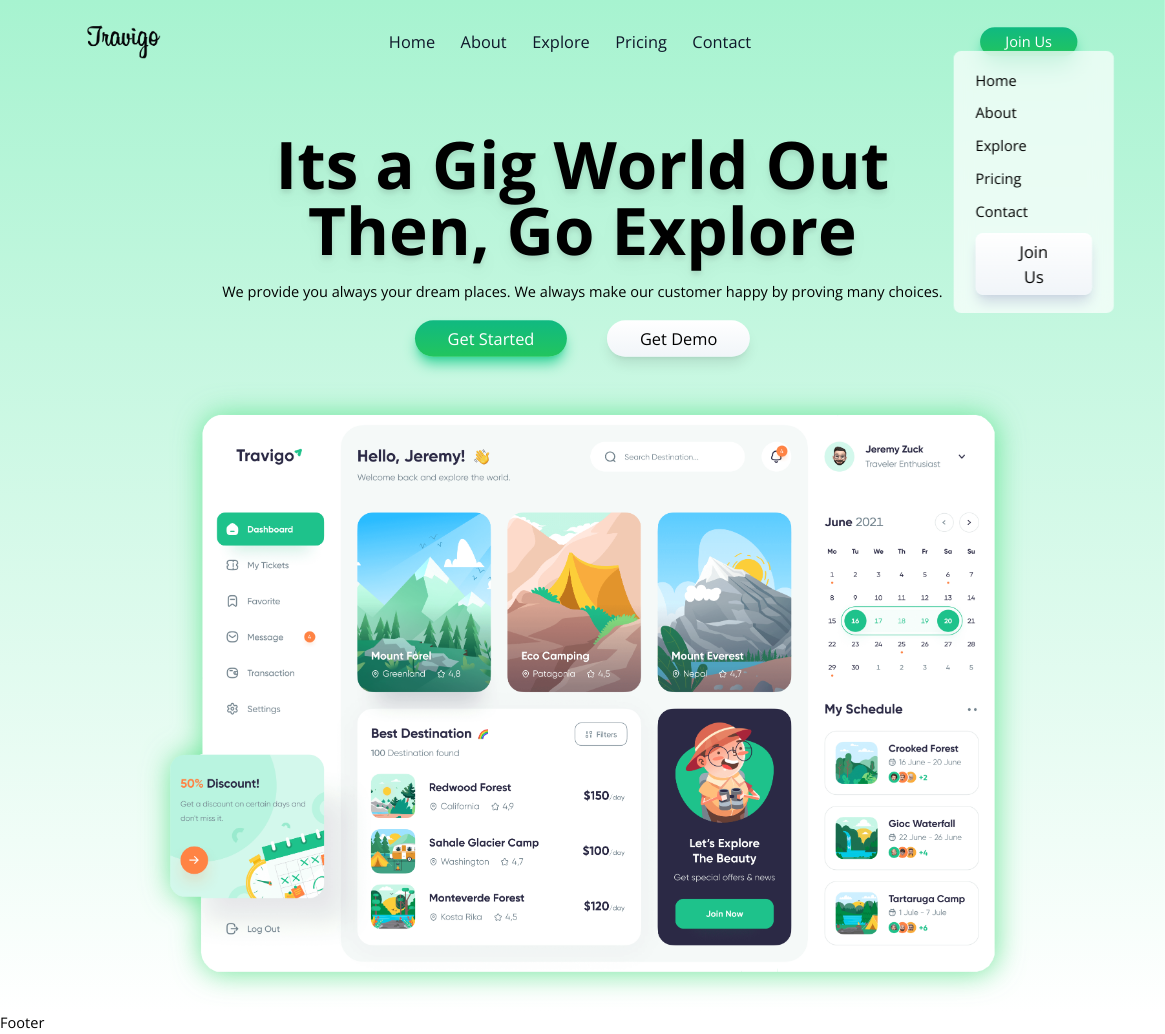
Repository: ThiAlbani83/travigo-travel-app
Page: /
An editor plug-in stored every save of this project. The page is shown before and after the next save, followed by the edit.
The browser window is 1280 px wide. The pictures show the whole page, at 91% of full size.
The project was rebuilt for these pictures with package versions that can differ from the ones it lists, and the page was loaded fresh each time. Also part of the build but not shown: vite.config.js.

Above is the page before, as saved 2023-03-21 00:00:32.

After the next save:
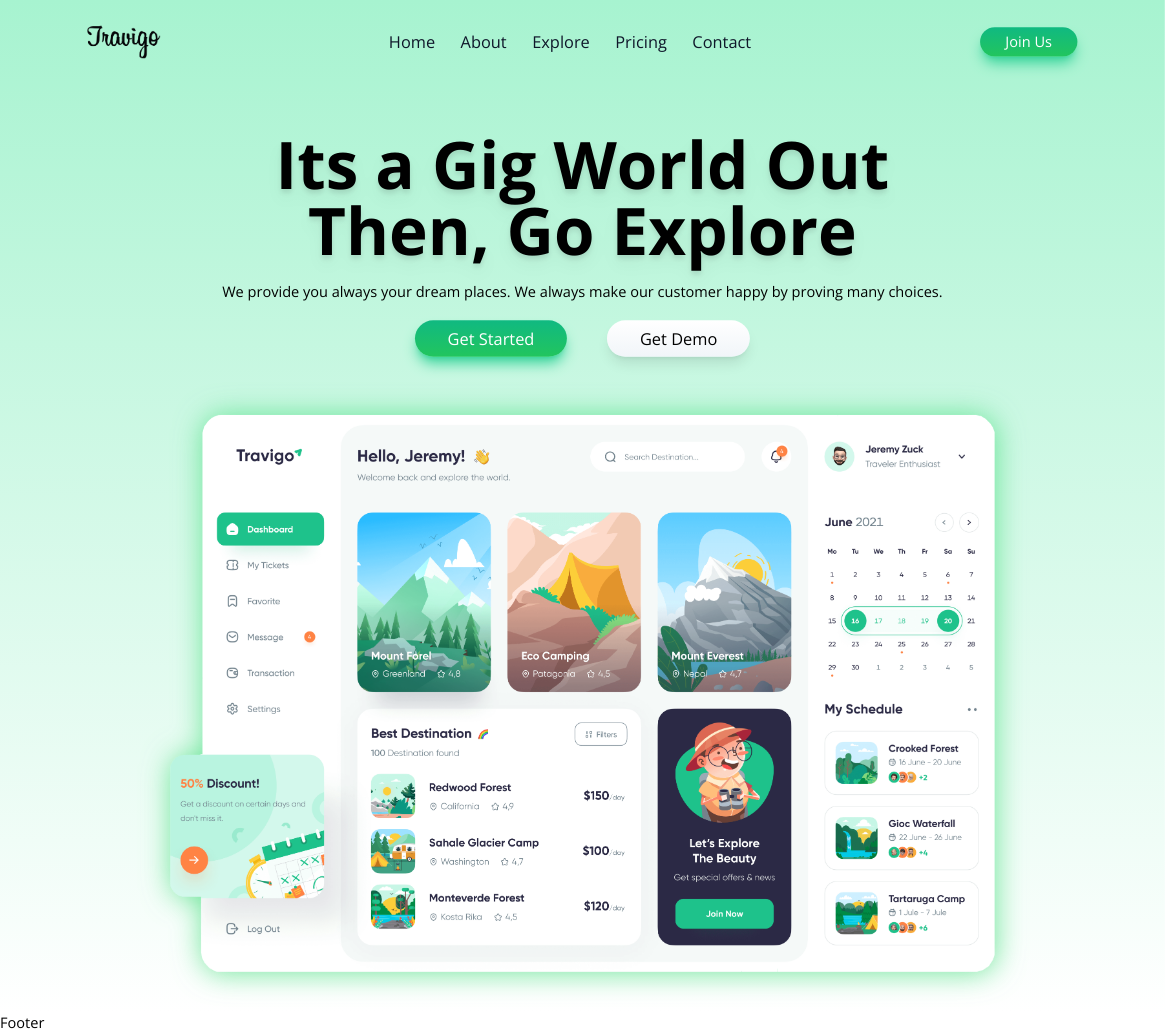
Saved 22 s later.
--- a/src/components/PopupMenu.jsx
+++ b/src/components/PopupMenu.jsx
@@ -5,7 +5,7 @@
     return (
         <>
             <nav className='fixed top-14 right-14 bg-white bg-opacity-70 opacity-100 z-50 backdrop-filter
-        backdrop-blur-md rounded-lg w-44 h-auto py-5 px-6'>
+        backdrop-blur-md rounded-lg w-44 h-auto py-5 px-6 hidden'>
                 <ul className='flex items-start flex-col gap-3'>
                     {navlinks?.map((val, index) => (
                         <li>
